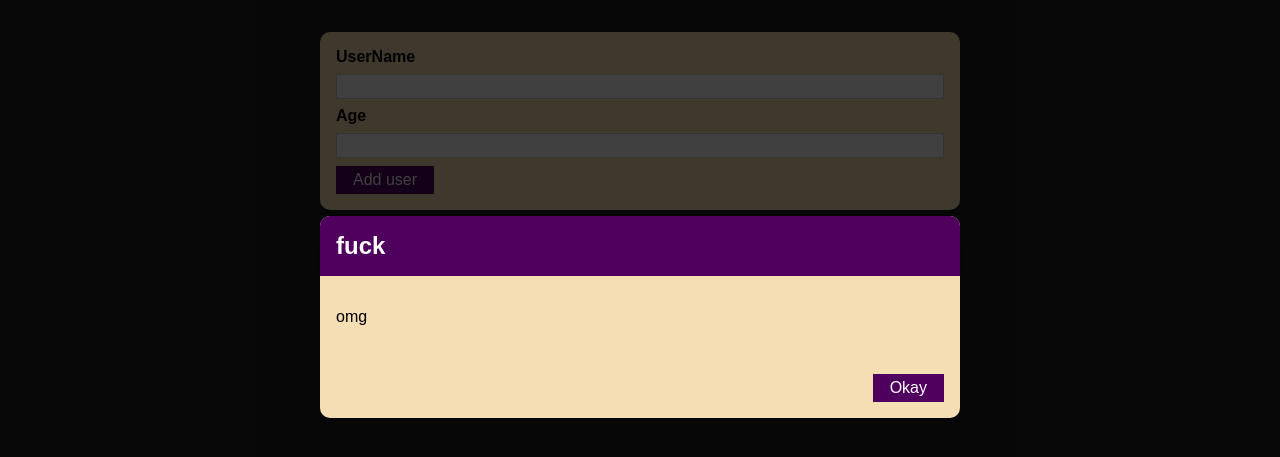
Repository: Wakkaba/08-Demo-proj
Page: /
The author's editor kept a copy of each file at every save. The page is drawn from the files as they stood at one save, then again after the next save.
The browser window is 1280 px wide. The pictures show the whole page.
The project was rebuilt for these pictures with package versions that can differ from the ones it lists, and the page was loaded fresh each time.

Above is the page before, as saved 2021-10-25 17:41:22.

After the next save:
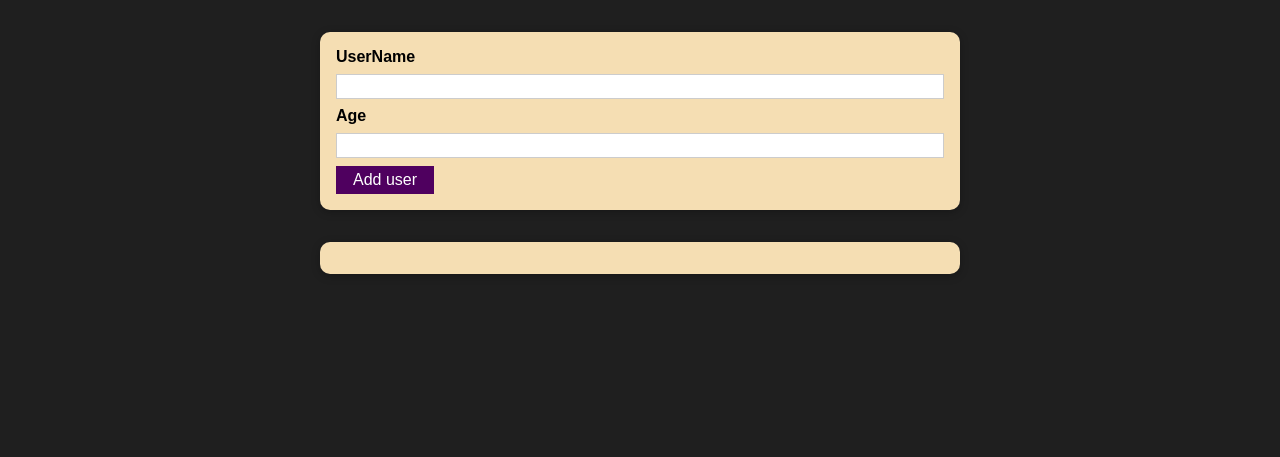
Saved 3 min 33 s later.
--- a/src/components/Users/AddUser.js
+++ b/src/components/Users/AddUser.js
@@ -6,6 +6,7 @@ import { ErrorModal } from "../UI/ErrorModal";
 export const AddUser = (props) => {
   const [enteredUsername, setEnteredUsername] = useState("");
   const [enteredAge, setEnteredAge] = useState("");
+  const [error, setError] = useState();
 
   const userNameChangeHandler = (e) => {
     setEnteredUsername(e.target.value);
@@ -18,9 +19,17 @@ export const AddUser = (props) => {
   const addUserHandler = (e) => {
     e.preventDefault();
     if (enteredUsername.trim().length === 0 || enteredAge.trim().length === 0) {
+        setError({
+            title: 'Invalid input',
+            message: 'Please enter valid name and age'
+        })
       return;
     }
     if (+enteredAge < 1) {
+        setError({
+            title: 'Invalid input',
+            message: 'Please enter valid age > 0'
+        })
       return;
     }
 
@@ -31,7 +40,7 @@ export const AddUser = (props) => {
 
   return (
     <div>
-      <ErrorModal title="fuck" message="omg" />
+      {error && <ErrorModal title={error.title} message={error.message} />}
       <Card className="input">
         <form onSubmit={addUserHandler}>
           <label htmlFor="username">UserName</label>
